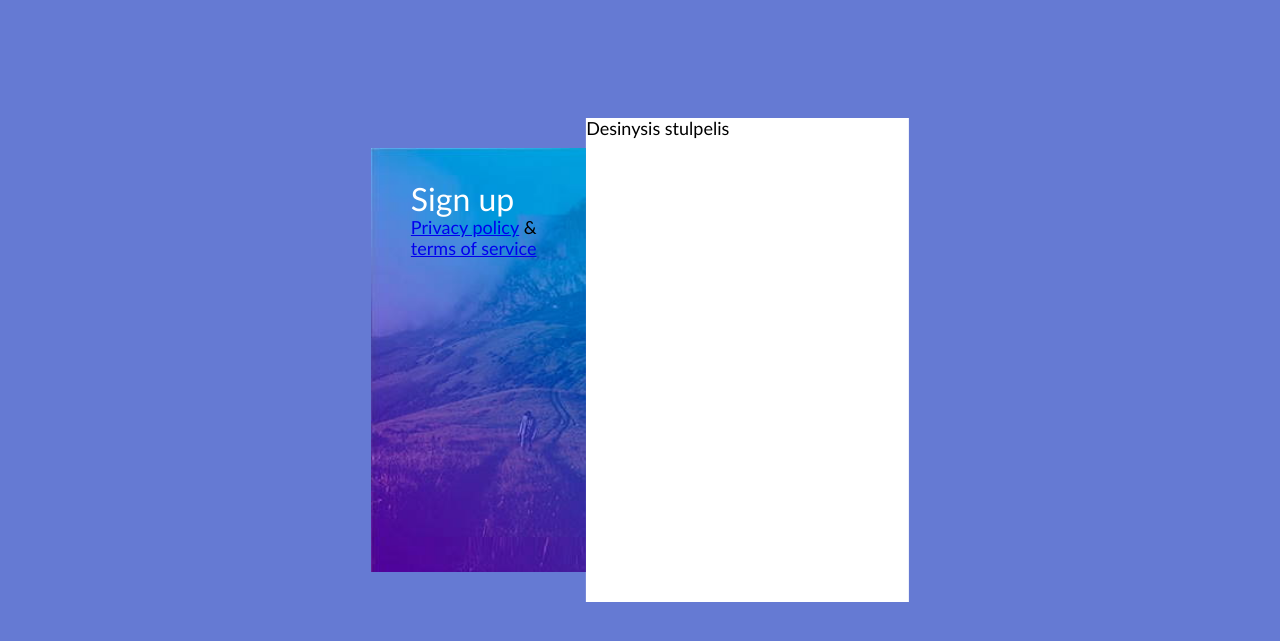
Repository: motiejus1/11-paskaita-adobexd-registracija
Page: index.html
The author's editor kept a copy of each file at every save. The page is drawn from the files as they stood at one save, then again after a run of saves.
The browser window is 1280 px wide. The pictures show the whole page.

Above is the page before, as saved 2021-06-17 19:15:35.

### index.html
<!DOCTYPE html>
<html lang="en">
<head>
    <meta charset="UTF-8">
    <meta http-equiv="X-UA-Compatible" content="IE=edge">
    <meta name="viewport" content="width=device-width, initial-scale=1.0">
    <title>Registracija</title>
    <style>
        html {
            font-size: 18px;
        }

        body {
            max-width: 1920px;
            background-color: #657AD3;
            font: normal normal normal 1rem/1.1667rem Gill Sans MT;
        }

        .container {
            width: 42.05%;
            position: absolute;
            top: 50%;
            left: 50%;
            transform: translate(-50%, -50%);
        }

        .left-column, .right-column {
            float:left;
            height: 26.8889rem;
        }

        .left-column {
            background-color: transparent;
            width: 40%;

        }

        .right-column {
            width: 60%;
            background-color: #fff;
        }

        .left-column-container {
            margin-top: 1.6667rem;
            height: 23.5556rem;
            background-color: #fff;
            background: transparent url('img/mountain.png') 0% 0% no-repeat padding-box;
            background-size: cover;
            padding-left: 2.2222rem;
            position: relative;

        }

        h1 {
            font: normal normal normal 1.7778rem/2.0556rem Gill Sans MT;
            color: #FFFFFF;
            margin: 0;
            padding-top: 32px;
        }


        .links {
            position: absolute;
        }

        .links a, .links p {
            display: inline-block;
        }

        .links p {
            margin: 0;
        }

    </style>

</head>
<body>

    <div class="container">

        <div class="left-column">
            <div class="left-column-container">
                <h1>Sign up</h1>

                <div class="links">
                    <a href="#">Privacy policy</a>
                    <p>&</p>
                    <a href="#">terms of service</a>
                </div>
            </div>
        </div>
        <div class="right-column">Desinysis stulpelis</div>
    </div>

</body>
</html>

After the next 2 saves:
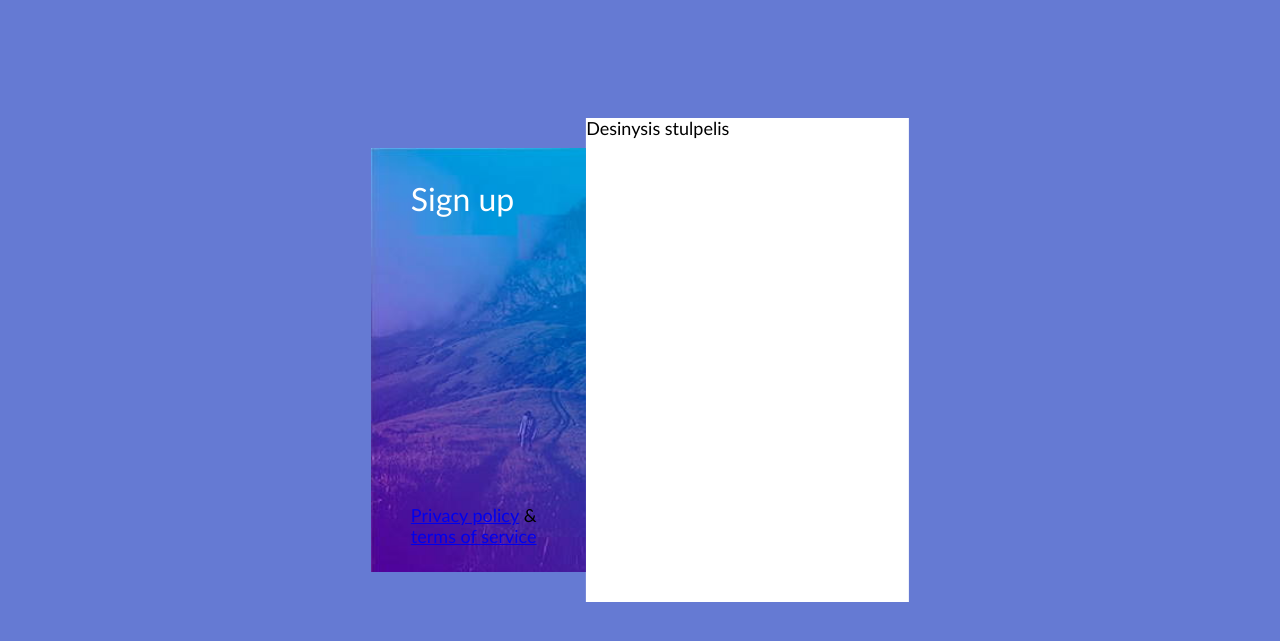
The 2 saves are shown as one change because they came seconds apart.
The last was saved 8 s later.
--- a/index.html
+++ b/index.html
@@ -61,6 +61,7 @@
 
         .links {
             position: absolute;
+            bottom: 1.3889rem;
         }
 
         .links a, .links p {
